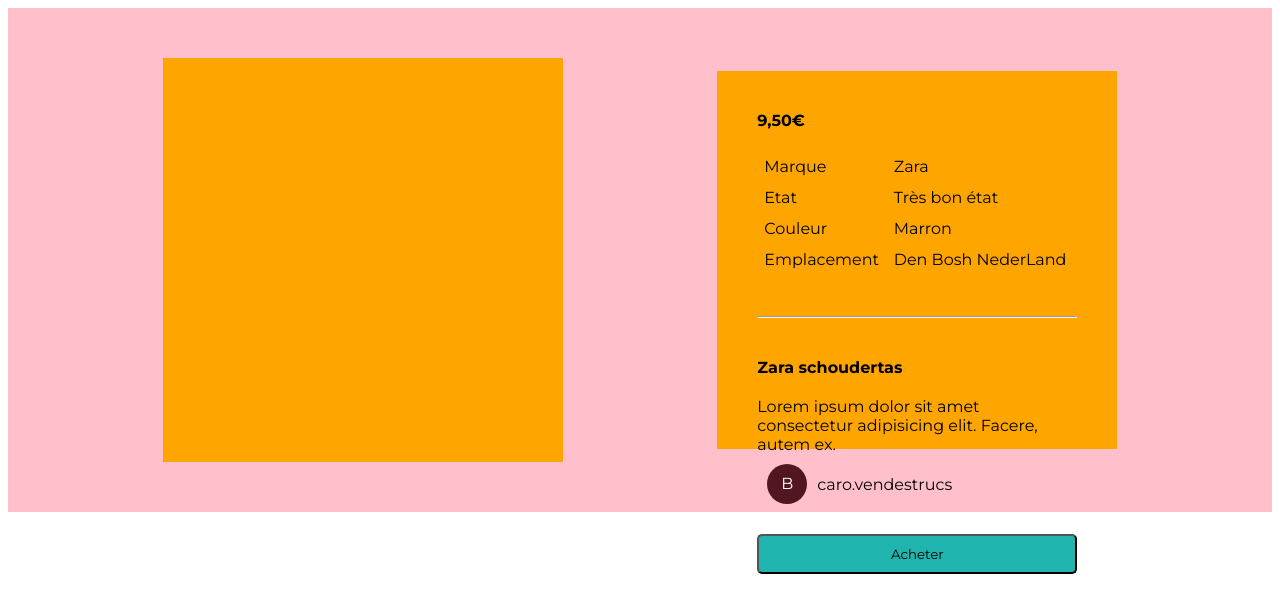
Repository: mel-in-a/vinted-front-clone
Page: html/offer.html
An editor plug-in stored every save of this project. The page is shown before and after the next save, followed by the edit.
The browser window is 1280 px wide. The pictures show the whole page.

Above is the page before, as saved 2021-07-29 16:54:07.

After the next save:
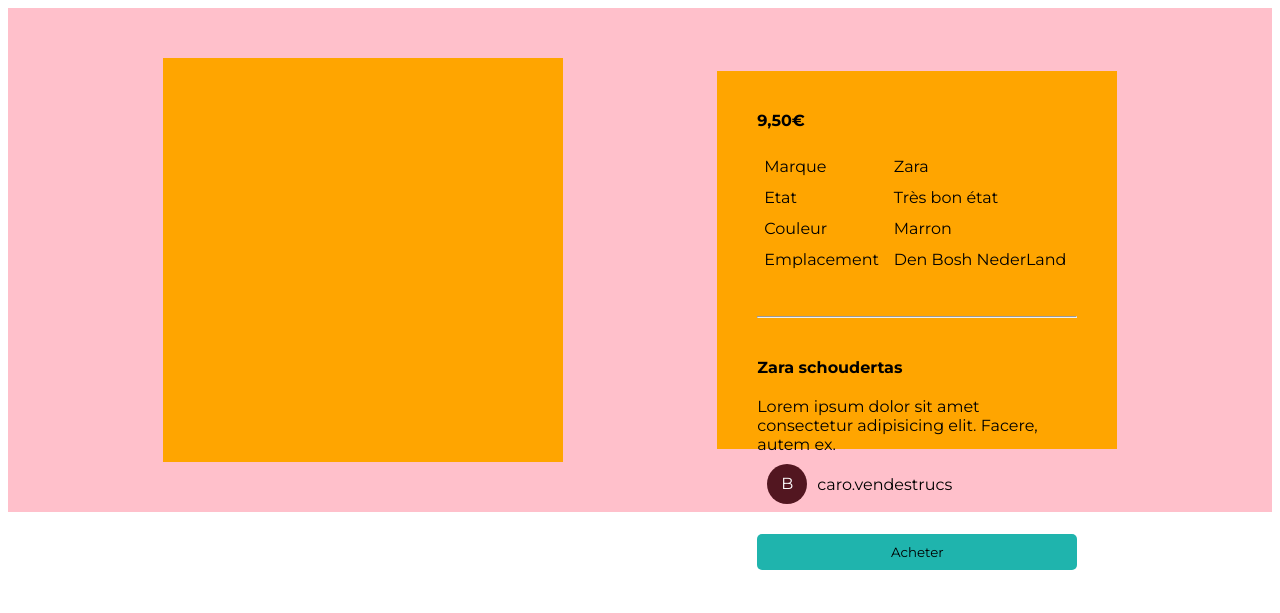
Saved 9 s later.
--- a/html/offer.css
+++ b/html/offer.css
@@ -71,5 +71,6 @@
     border-radius:5px;
     background-color: rgb(31, 180, 173);
     width:100%;
-    padding: 10px;bord
+    padding: 10px;
+    border: none
 }
